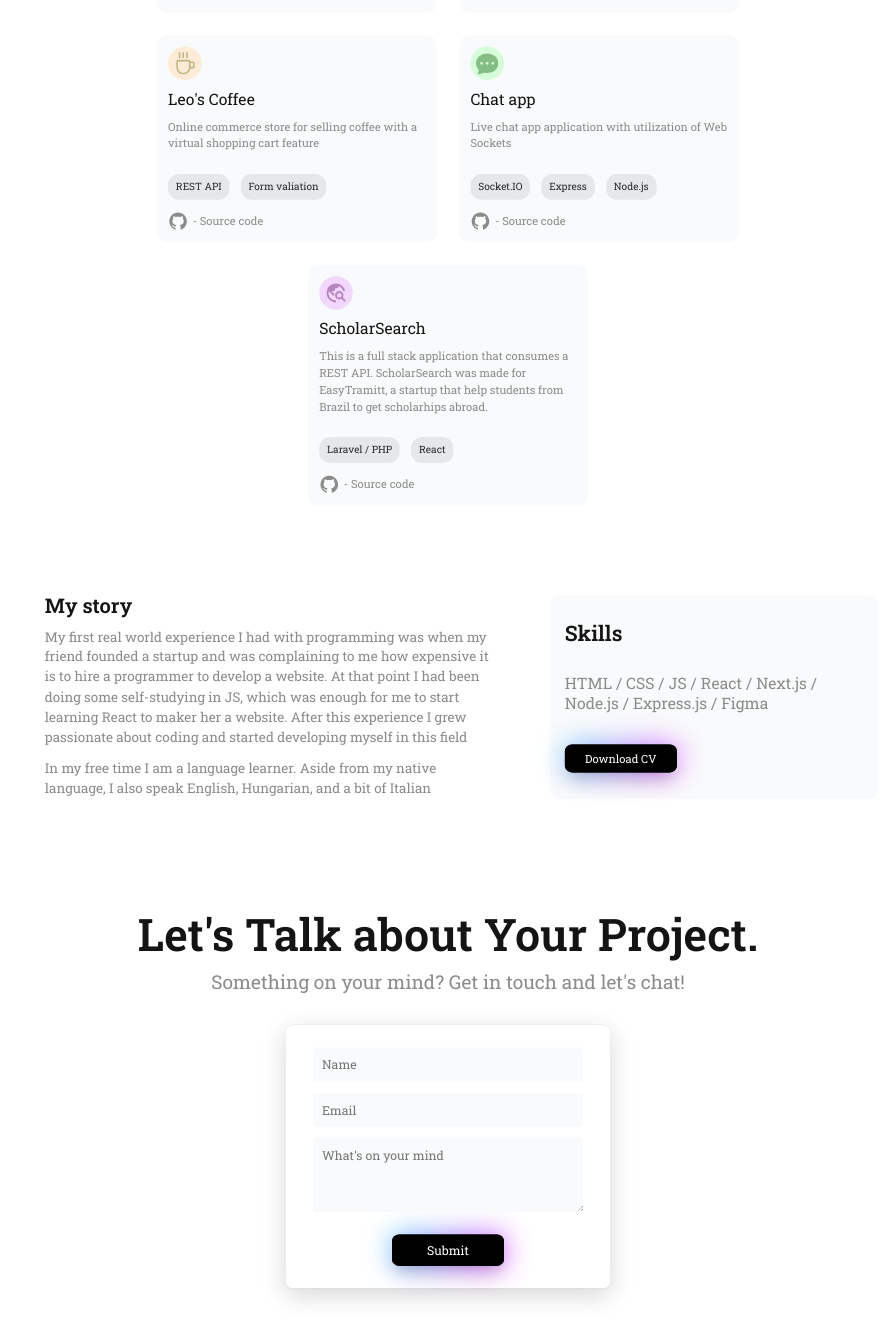
Repository: Leoka2000/portfolio-final
Page: /
These files come from the project's save history. The page is drawn as it stood at one moment and after the next save; the edit follows.
The browser window is 1280 px wide. The pictures show the part of the page from y = 1129 to 3049 px (the page is 3049 px tall before and 3025 px after), at 70% of full size.
The page's requests for data from a server got no answer. Some web fonts or font styles are not loaded; a fallback is used. The project was rebuilt for these pictures with package versions that can differ from the ones it lists, and the page was loaded fresh each time. No one was signed in, and anything a server would have sent is missing. Also part of the build but not shown: src/App.css. Imported but missing from the stored project, and not drawn on this page: src/assets/LeoCV.pdf.

Above is the page before, as saved 2023-05-10 21:33:35.

After the next save:
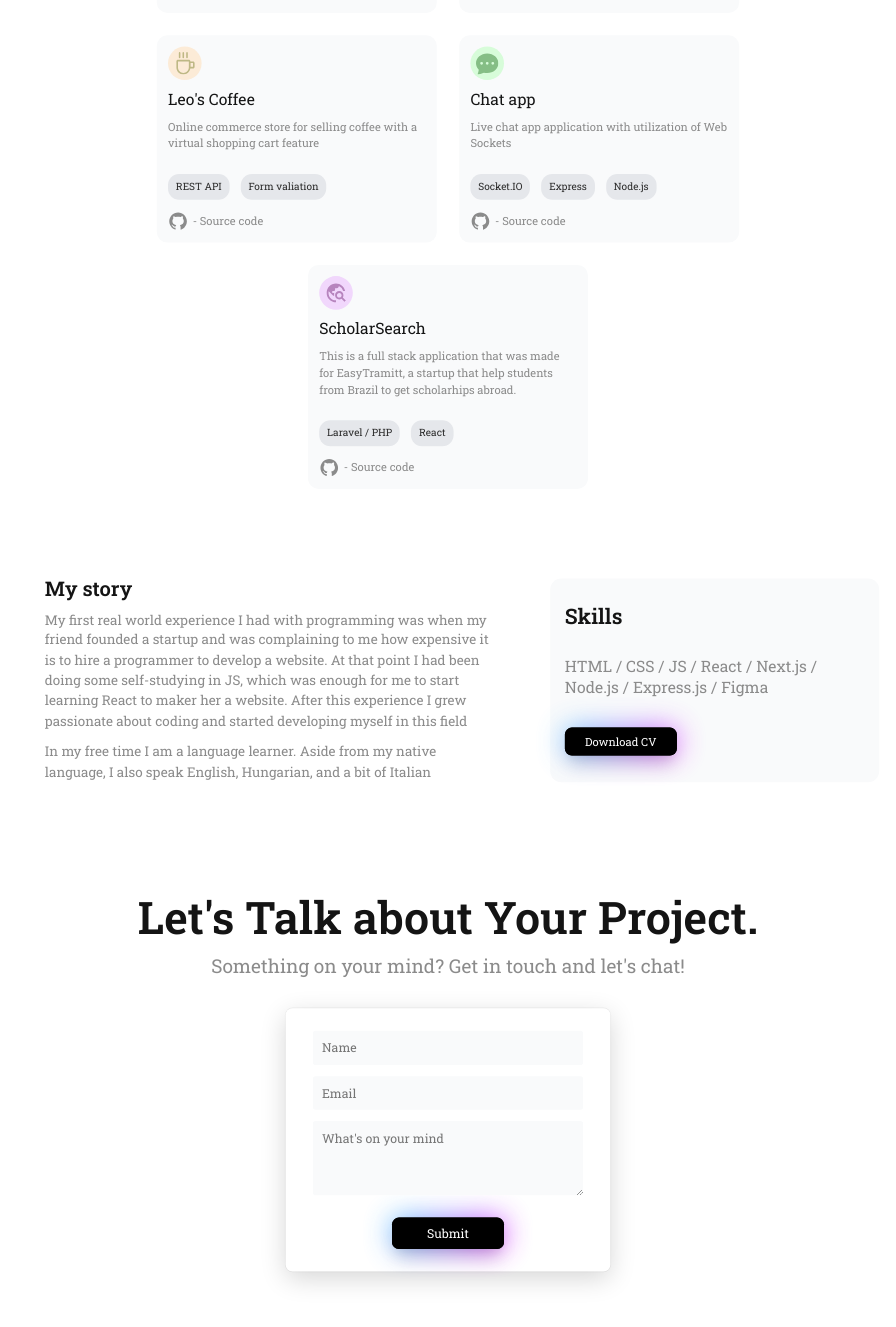
Saved 20 s later.
--- a/src/pages/main/work/projects/easy/index.jsx
+++ b/src/pages/main/work/projects/easy/index.jsx
@@ -7,7 +7,7 @@ const index = () => {
     <a href='https://beamish-babka-ea7d99.netlify.app/' className='individual-wrapper'>
       <span id='work-5'><MdTravelExplore/></span>
       <h1>ScholarSearch</h1>
-      <p>This is a full stack application that consumes a REST API. ScholarSearch was made for EasyTramitt, a startup that help students from Brazil to get scholarhips abroad.</p>
+      <p>This is a full stack application that was made for EasyTramitt, a startup that help students from Brazil to get scholarhips abroad.</p>
       <div className='key-wrapper'>
         <span>Laravel / PHP</span>
         <span>React</span>
